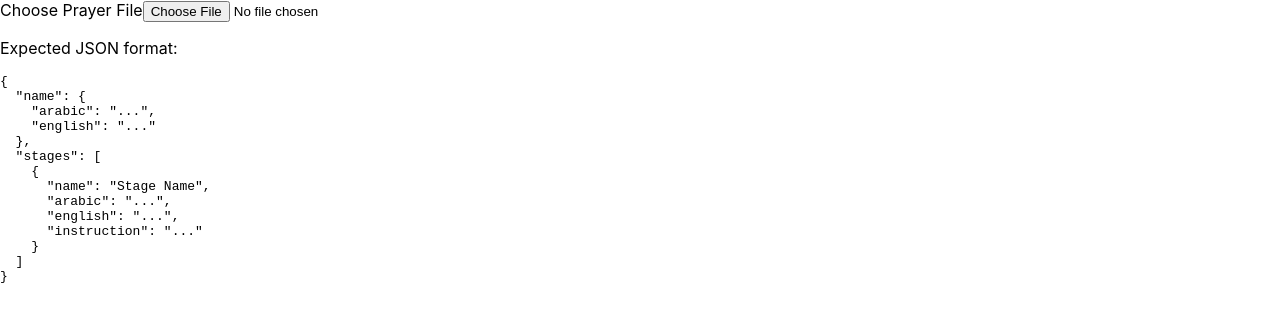
Repository: foolishimp/islam_prayer_trainer
Page: /
These files come from the project's save history. The page is drawn as it stood at one moment and after a run of saves; the edit follows.
The browser window is 1280 px wide. The pictures show the whole page.
The project was rebuilt for these pictures with package versions that can differ from the ones it lists, and the page was loaded fresh each time.

Above is the page before, as saved 2024-11-23 00:34:19.

After the next 2 saves:
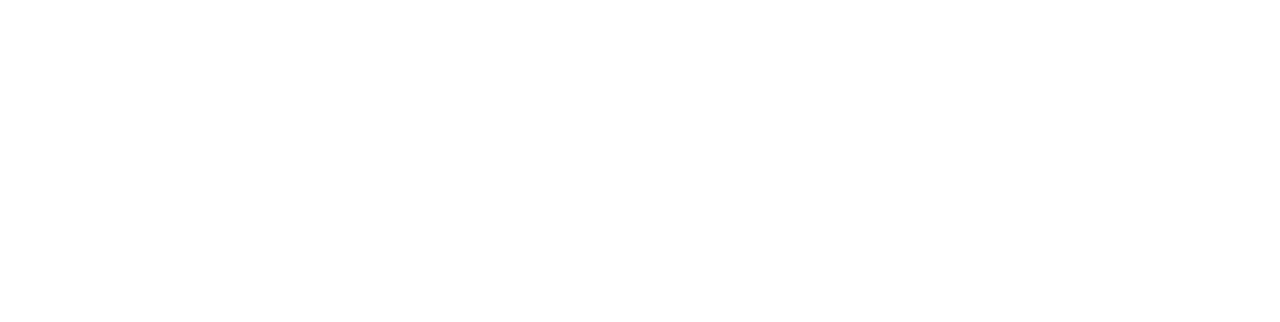
The 2 saves are shown as one change because 1 did not build or start.
The last was saved 85 s later.
--- a/src/App.js
+++ b/src/App.js
@@ -111,6 +111,11 @@
   };
 
   const TextWithLetters = ({ text }) => {
+    // Return null or placeholder if text is undefined
+    if (!text) {
+      return null;
+    }
+
     const words = text.split(' ');
 
     return (
@@ -139,12 +144,17 @@
   const PrayerStage = ({ stage, index }) => {
     const isActive = currentStage === index;
 
+    // Ensure stage has required properties
+    if (!stage || !stage.arabic) {
+      return null;
+    }
+
     return (
       <div className={`mb-12 px-8 py-6 bg-white rounded-xl shadow-md hover:shadow-lg transition-shadow
         ${isActive ? 'ring-2 ring-blue-500' : ''}`}>
         <div className="max-w-2xl mx-auto">
           <div className="border-b border-gray-200 pb-4 mb-6">
-            <h3 className="text-2xl font-semibold text-gray-800">{stage.name}</h3>
+            <h3 className="text-2xl font-semibold text-gray-800">{stage.name || 'Unnamed Stage'}</h3>
             {stage.instruction && (
               <p className="text-gray-600 text-sm mt-2 italic">{stage.instruction}</p>
             )}
@@ -162,7 +172,7 @@
             )}
 
             <p className="text-gray-800 text-lg leading-relaxed font-serif">
-              {stage.english}
+              {stage.english || 'Translation not available'}
             </p>
           </div>
 
@@ -181,49 +191,76 @@
     );
   };
 
-  const handleFileLoaded = (data) => {
-    setPrayer(data);
-  };
-
-  if (!prayer) {
-    return <FileLoader onFileLoaded={handleFileLoaded} />;
-  }
-
-  return (
-    <div className="min-h-screen bg-gray-100 py-8">
-      <div className="max-w-4xl mx-auto px-4">
-        {/* Header */}
-        <div className="text-center mb-12 bg-white rounded-xl shadow-md py-8 px-4">
-          <h1 className="text-5xl font-bold mb-4" dir="rtl">
-            {prayer.name?.arabic || 'صلاة'}
-          </h1>
-          <h2 className="text-2xl text-gray-600">
-            {prayer.name?.english || 'Prayer'}
-          </h2>
-
-          {/* Load Different File Button */}
-          <button
-            onClick={() => setPrayer(null)}
-            className="mt-6 px-6 py-2 bg-gray-500 text-white rounded-lg
-              hover:bg-gray-600 transition-colors text-lg"
-          >
-            Load Different Prayer
-          </button>
+  const QuranReader = () => {
+    const [prayer, setPrayer] = useState(null);
+    const [utterance, setUtterance] = useState(null);
+    const [isPlaying, setIsPlaying] = useState(false);
+    const [currentStage, setCurrentStage] = useState(null);
+
+    // Move speakText to QuranReader component scope
+    const speakText = (text, e) => {
+      if (!text) return;
+
+      if (e) {
+        e.stopPropagation();
+      }
+      if (utterance && !isPlaying) {
+        const synth = window.speechSynthesis;
+        synth.cancel();
+        utterance.text = text;
+        synth.speak(utterance);
+      }
+    };
+
+    // ... rest of useEffect and other setup remains the same ...
+
+    const handleFileLoaded = (data) => {
+      // Validate data structure before setting
+      if (!data || !data.stages || !Array.isArray(data.stages)) {
+        console.error('Invalid prayer data format');
+        return;
+      }
+      setPrayer(data);
+    };
+
+    if (!prayer) {
+      return <FileLoader onFileLoaded={handleFileLoaded} />;
+    }
+
+    return (
+      <div className="min-h-screen bg-gray-100 py-8">
+        <div className="max-w-4xl mx-auto px-4">
+          {/* Header */}
+          <div className="text-center mb-12 bg-white rounded-xl shadow-md py-8 px-4">
+            <h1 className="text-5xl font-bold mb-4" dir="rtl">
+              {prayer.name?.arabic || 'صلاة'}
+            </h1>
+            <h2 className="text-2xl text-gray-600">
+              {prayer.name?.english || 'Prayer'}
+            </h2>
+
+            <button
+              onClick={() => setPrayer(null)}
+              className="mt-6 px-6 py-2 bg-gray-500 text-white rounded-lg
+                hover:bg-gray-600 transition-colors text-lg"
+            >
+              Load Different Prayer
+            </button>
+          </div>
+
+          {/* Prayer Stages */}
+          <div className="space-y-8">
+            {prayer.stages?.filter(stage => stage && stage.arabic).map((stage, index) => (
+              <PrayerStage
+                key={index}
+                stage={stage}
+                index={index}
+              />
+            ))}
+          </div>
         </div>
-
-        {/* Prayer Stages */}
-        <div className="space-y-8">
-          {prayer.stages?.map((stage, index) => (
-            <PrayerStage
-              key={index}
-              stage={stage}
-              index={index}
-            />
-          ))}
-        </div>
-      </div>
-    </div>
-  );
-};
-
-export default QuranReader;
+      </div>
+    );
+  };
+}
+  export default QuranReader;

After the 3 saves that followed:
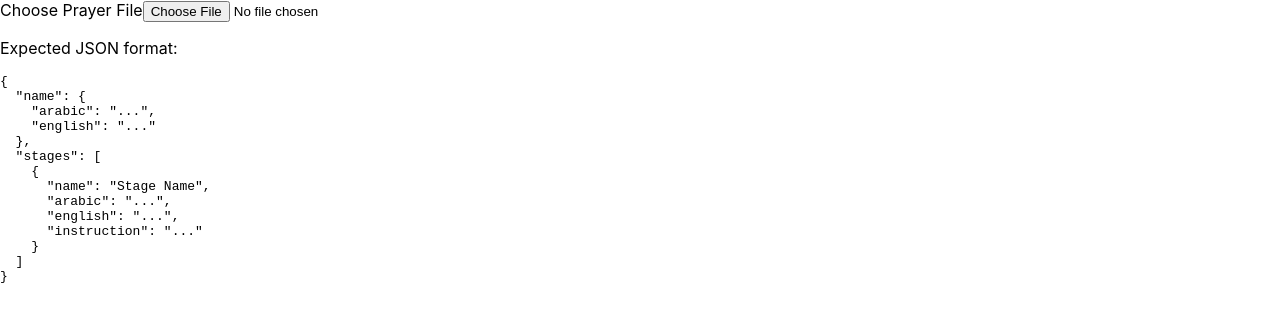
The 3 saves are shown as one change because 1 left the picture as it was and some came seconds apart.
The last was saved 99 s later.
--- a/src/App.js
+++ b/src/App.js
@@ -99,6 +99,8 @@
   }, []);
 
   const speakText = (text, e) => {
+    if (!text) return;
+
     if (e) {
       e.stopPropagation();
     }
@@ -111,10 +113,7 @@
   };
 
   const TextWithLetters = ({ text }) => {
-    // Return null or placeholder if text is undefined
-    if (!text) {
-      return null;
-    }
+    if (!text) return null;
 
     const words = text.split(' ');
 
@@ -142,12 +141,9 @@
   };
 
   const PrayerStage = ({ stage, index }) => {
+    if (!stage || !stage.arabic) return null;
+
     const isActive = currentStage === index;
-
-    // Ensure stage has required properties
-    if (!stage || !stage.arabic) {
-      return null;
-    }
 
     return (
       <div className={`mb-12 px-8 py-6 bg-white rounded-xl shadow-md hover:shadow-lg transition-shadow
@@ -191,76 +187,50 @@
     );
   };
 
-  const QuranReader = () => {
-    const [prayer, setPrayer] = useState(null);
-    const [utterance, setUtterance] = useState(null);
-    const [isPlaying, setIsPlaying] = useState(false);
-    const [currentStage, setCurrentStage] = useState(null);
-
-    // Move speakText to QuranReader component scope
-    const speakText = (text, e) => {
-      if (!text) return;
-
-      if (e) {
-        e.stopPropagation();
-      }
-      if (utterance && !isPlaying) {
-        const synth = window.speechSynthesis;
-        synth.cancel();
-        utterance.text = text;
-        synth.speak(utterance);
-      }
-    };
-
-    // ... rest of useEffect and other setup remains the same ...
-
-    const handleFileLoaded = (data) => {
-      // Validate data structure before setting
-      if (!data || !data.stages || !Array.isArray(data.stages)) {
-        console.error('Invalid prayer data format');
-        return;
-      }
-      setPrayer(data);
-    };
-
-    if (!prayer) {
-      return <FileLoader onFileLoaded={handleFileLoaded} />;
-    }
-
-    return (
-      <div className="min-h-screen bg-gray-100 py-8">
-        <div className="max-w-4xl mx-auto px-4">
-          {/* Header */}
-          <div className="text-center mb-12 bg-white rounded-xl shadow-md py-8 px-4">
-            <h1 className="text-5xl font-bold mb-4" dir="rtl">
-              {prayer.name?.arabic || 'صلاة'}
-            </h1>
-            <h2 className="text-2xl text-gray-600">
-              {prayer.name?.english || 'Prayer'}
-            </h2>
-
-            <button
-              onClick={() => setPrayer(null)}
-              className="mt-6 px-6 py-2 bg-gray-500 text-white rounded-lg
-                hover:bg-gray-600 transition-colors text-lg"
-            >
-              Load Different Prayer
-            </button>
-          </div>
-
-          {/* Prayer Stages */}
-          <div className="space-y-8">
-            {prayer.stages?.filter(stage => stage && stage.arabic).map((stage, index) => (
-              <PrayerStage
-                key={index}
-                stage={stage}
-                index={index}
-              />
-            ))}
-          </div>
+  const handleFileLoaded = (data) => {
+    if (!data || !data.stages || !Array.isArray(data.stages)) {
+      console.error('Invalid prayer data format');
+      return;
+    }
+    setPrayer(data);
+  };
+
+  if (!prayer) {
+    return <FileLoader onFileLoaded={handleFileLoaded} />;
+  }
+
+  return (
+    <div className="min-h-screen bg-gray-100 py-8">
+      <div className="max-w-4xl mx-auto px-4">
+        <div className="text-center mb-12 bg-white rounded-xl shadow-md py-8 px-4">
+          <h1 className="text-5xl font-bold mb-4" dir="rtl">
+            {prayer.name?.arabic || 'صلاة'}
+          </h1>
+          <h2 className="text-2xl text-gray-600">
+            {prayer.name?.english || 'Prayer'}
+          </h2>
+
+          <button
+            onClick={() => setPrayer(null)}
+            className="mt-6 px-6 py-2 bg-gray-500 text-white rounded-lg
+              hover:bg-gray-600 transition-colors text-lg"
+          >
+            Load Different Prayer
+          </button>
         </div>
-      </div>
-    );
-  };
-}
-  export default QuranReader;
+
+        <div className="space-y-8">
+          {prayer.stages?.filter(stage => stage && stage.arabic).map((stage, index) => (
+            <PrayerStage
+              key={index}
+              stage={stage}
+              index={index}
+            />
+          ))}
+        </div>
+      </div>
+    </div>
+  );
+};
+
+export default QuranReader;
